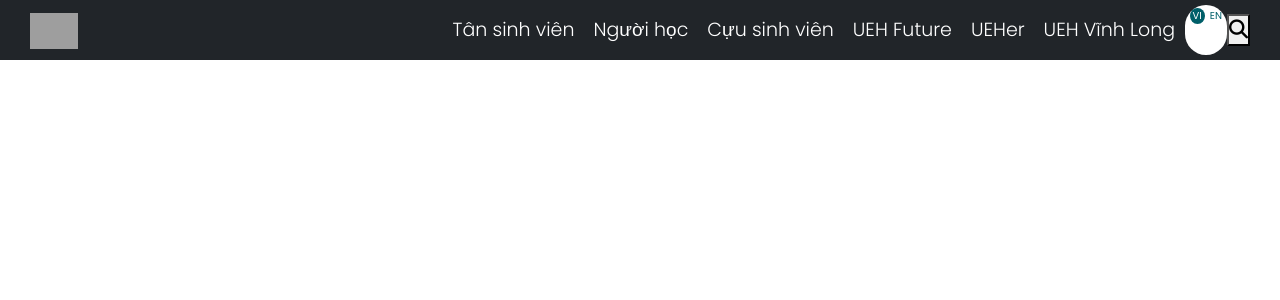
Repository: Jackietruong2805/frontends
Page: html css/ueh/index.html
These files come from the project's save history. The page is drawn as it stood at one moment and after the next save; the edit follows.
The browser window is 1280 px wide. The pictures show the whole page.
Pictures or frames that could not be fetched are drawn as grey boxes. Some web libraries are served in a nearby version.

Above is the page before, as saved 2022-06-17 10:09:27.

### html css/ueh/index.html
<!DOCTYPE html>
<html lang="en">
  <head>
    <meta charset="UTF-8" />
    <meta http-equiv="X-UA-Compatible" content="IE=edge" />
    <meta name="viewport" content="width=device-width, initial-scale=1.0" />
    <title>UEH</title>
    <!-- FONT GOOGLE -->
    <link rel="preconnect" href="https://fonts.googleapis.com" />
    <link rel="preconnect" href="https://fonts.gstatic.com" crossorigin />
    <link
      href="https://fonts.googleapis.com/css2?family=Poppins:wght@300;400;700&display=swap"
      rel="stylesheet"
    />
    <!-- FONT AWESOME -->
    <link
      rel="stylesheet"
      href="https://cdnjs.cloudflare.com/ajax/libs/font-awesome/6.1.1/css/all.min.css"
      integrity="sha512-KfkfwYDsLkIlwQp6LFnl8zNdLGxu9YAA1QvwINks4PhcElQSvqcyVLLD9aMhXd13uQjoXtEKNosOWaZqXgel0g=="
      crossorigin="anonymous"
      referrerpolicy="no-referrer"
    />
    <!-- BS5 -->
    <link
      href="https://cdn.jsdelivr.net/npm/bootstrap@5.1.3/dist/css/bootstrap.min.css"
      rel="stylesheet"
      integrity="sha384-1BmE4kWBq78iYhFldvKuhfTAU6auU8tT94WrHftjDbrCEXSU1oBoqyl2QvZ6jIW3"
      crossorigin="anonymous"
    />
    <!-- INDEX CSS -->
    <link rel="stylesheet" href="./css/index.css" />
  </head>
  <body>
    <!-- HEADER -->
    <header>
      <nav class="navbar navbar-expand-lg navbar-dark bg-dark">
        <div class="container-fluid px-5">
          <a class="navbar-brand" id="header--workmark" href="#">
            <img src="./img/logo-header.png" id="logo-header" alt="ueh-logo" />
          </a>
          <button
            class="navbar-toggler"
            type="button"
            data-bs-toggle="collapse"
            data-bs-target="#navbarUeh"
            aria-controls="navbarSupportedContent"
            aria-expanded="false"
            aria-label="Toggle navigation"
          >
            <span class="navbar-toggler-icon"></span>
          </button>
          <div class="collapse navbar-collapse" id="navbarUeh">
            <ul class="navbar-nav ms-auto mb-2 mb-lg-0">
              <li class="nav-item">
                <a class="nav-link active" aria-current="page" href="#"
                  >Tân sinh viên</a
                >
              </li>
              <li class="nav-item">
                <a class="nav-link" href="#">Người học</a>
              </li>
              <li class="nav-item">
                <a class="nav-link" href="#">Cựu sinh viên</a>
              </li>
              <li class="nav-item">
                <a class="nav-link" href="#">UEH Future</a>
              </li>
              <li class="nav-item">
                <a class="nav-link" href="#">UEHer</a>
              </li>
              <li class="nav-item">
                <a class="nav-link" href="#">UEH Vĩnh Long</a>
              </li>
              <li class="nav-item d-flex">
                <div class="button-cover">
                  <span class="vi text-white">VI</span>
                  <span class="en">EN</span>
                </div>
              </li>
            </ul>
            <button>
              <i class="fa fa-search"></i>
            </button>
          </div>
        </div>
      </nav>
    </header>
    <!-- VIDEO -->
    <section class="video"></section>
    <!-- CAROUSEL -->
    <section class="carousel"></section>
    <!-- INFO -->
    <section class="info"></section>
    <!-- ADMISSIONS -->
    <section class="admissions"></section>
    <!-- EVENT -->
    <section class="event"></section>
    <!-- RESEARCH -->
    <section class="research"></section>
    <!-- TRAIN -->
    <section class="train"></section>
    <!-- COOPERATION -->
    <section class="coOperation"></section>
    <!-- ACCREDITATION -->
    <section class="accreditation"></section>
    <!-- UEH -->
    <section class="ueh"></section>
    <!-- INTRO -->
    <section class="intro"></section>
    <!-- EXPLORE -->
    <section class="explore"></section>
    <!-- FOOTER -->
    <footer></footer>
    <!-- thư viện hộ trợ -->
    <script
      src="https://cdn.jsdelivr.net/npm/bootstrap@5.1.3/dist/js/bootstrap.bundle.min.js"
      integrity="sha384-ka7Sk0Gln4gmtz2MlQnikT1wXgYsOg+OMhuP+IlRH9sENBO0LRn5q+8nbTov4+1p"
      crossorigin="anonymous"
    ></script>
  </body>
</html>

### html css/ueh/css/index.css
/* Global */
* {
    padding: 0;
    margin: 0;
    box-sizing: border-box;
}

html {
    font-size: 10px;
}

body {
    font-size: 1.9em;
}

body,
html {
    font-family: 'Poppins', sans-serif;
}

/* HEADER */
.navbar #header--workmark {
    font-size: 1.1em !important;
    line-height: 1.8em !important;
}

#logo-header {
    max-height: 36px !important;
}

#navbarUeh .nav-item .nav-link {
    color: #fff;
    font-weight: 300;
    padding: .5555555556em .5em;
    outline-offset: -4px;
}

.button-cover {
    background-color: white;
    border-radius: 30px;
    padding: 2.5px 5px;
    line-height: 10px;
}

.button-cover .vi {
    display: inline-block;
    border-radius: 50%;
    background-color: rgb(0, 95, 105);
    padding: 3px;
    font-size: 10px;
}

.button-cover .en {
    color: rgb(0, 95, 105);
    font-size: 10px;
}

After the next save:
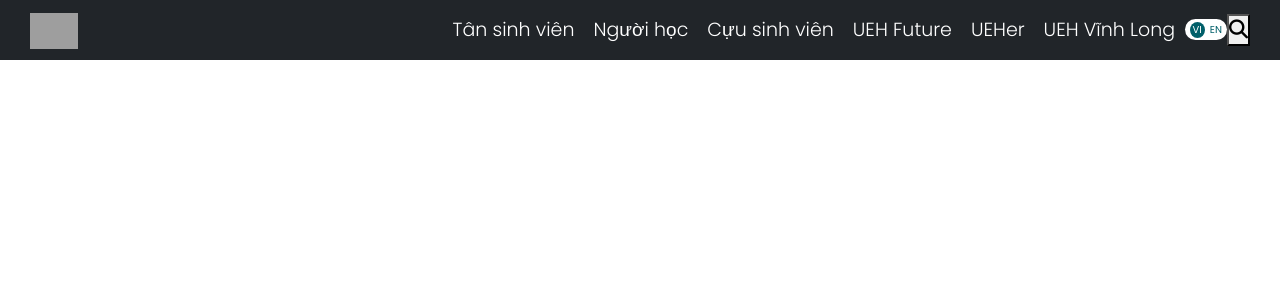
Saved 44 s later.
--- a/html css/ueh/index.html
+++ b/html css/ueh/index.html
@@ -71,7 +71,7 @@
               <li class="nav-item">
                 <a class="nav-link" href="#">UEH Vĩnh Long</a>
               </li>
-              <li class="nav-item d-flex">
+              <li class="nav-item d-flex align-items-center">
                 <div class="button-cover">
                   <span class="vi text-white">VI</span>
                   <span class="en">EN</span>
